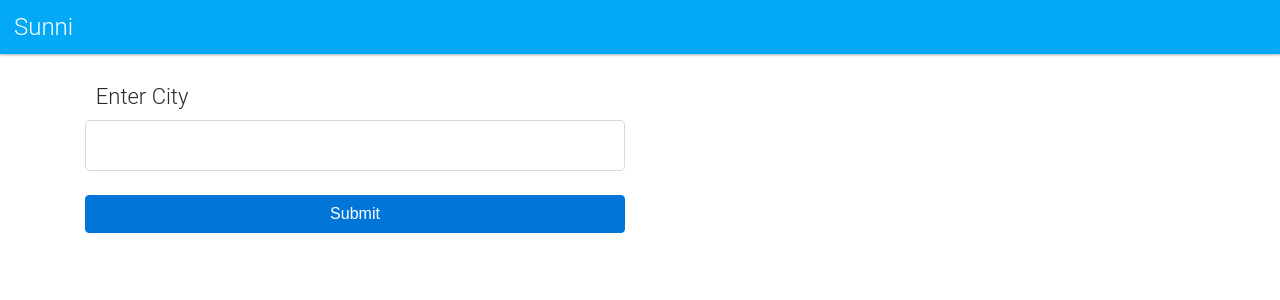
Repository: Oakga/Weather_app
Page: index.html
An editor plug-in stored every save of this project. The page is shown before and after the next save, followed by the edit.
The browser window is 1280 px wide. The pictures show the whole page.

Above is the page before, as saved 2017-09-22 05:14:52.

### index.html
<!DOCTYPE html>
<html>
<head>
    <meta charset="utf-8">
    <link rel="stylesheet" href="https://maxcdn.bootstrapcdn.com/bootstrap/4.0.0-alpha.6/css/bootstrap.min.css" integrity="sha384-rwoIResjU2yc3z8GV/NPeZWAv56rSmLldC3R/AZzGRnGxQQKnKkoFVhFQhNUwEyJ" crossorigin="anonymous">
    <!-- <link href='http://fonts.googleapis.com/css?family=Roboto:400,300,700' rel='stylesheet' type='text/css'> -->
    <link href="css/styles.css" rel="stylesheet" type="text/css">
    <script src="https://unpkg.com/axios/dist/axios.min.js"></script>
</head>
<body>
    <header>
        <h1>Sunni</h1>
    </header>
    <div class="container">
        <div class="row">
        <div class="col">
        <h2>Enter City</h2>
        <form id="location-form">
            <input type="text" id="location-input" class="form-control form-control-lg "/>
            <br>
            <button type="submit" class="btn btn-primary btn-block">Submit</button>
          </form>
        <div id="formatted-address"></div>
        <div id="geometry-component"></div>
    </div>
    <div class="col"></div>
    </div>
    </div>
    <div id="weather-component"></div>
    <script src="js/main.js"></script>
</body>
</html>

### css/styles.css
body {
    font-family: 'Roboto', 'Sans Serif';
    font-size: 16px;
    padding: 0;
    margin: 0;
}

header {
    background-color: #03A9F4;
    padding: 14px;
    box-shadow: 0 1px 3px rgba(0,0,0,0.12), 0 1px 2px rgba(0,0,0,0.24);
}

h1, h2, h3 {
    font-weight: 300;
}

header > h1 {
    font-weight: 300;
    font-size: 24px;
    margin: 0;
    color: #FFFFFF;
}

h2 {
    font-size: 22px;
    margin: 20px 0 0 0;
    padding: 2%;

    .future-header{
        align: center;
    }
}

.table {
    border-radius: 5px;
    width: 50%;
    margin: 0px auto;
    float: none;
}

### js/main.js

let geoCode = (location) => {
    axios.get('https://maps.googleapis.com/maps/api/geocode/json',{
    params:{
        address: location,
        key: 'AIzaSyAkYBjwd7ygcP8GpAz47QsP3s3vaweLAE0'
    }
}).then(function(response){
    const formattedAddr = response.data.results[0].formatted_address;
    const formattedAddrOutput = `
            <ul class="list-group">
            <li class="list-group-item">
            ${formattedAddr}
            </li>
            </ul>
            `;
    let addressComponents = response.data.results[0].address_components;
    let lat = Math.round(response.data.results[0].geometry.location.lat*10000)/10000;
    let lng = Math.round(response.data.results[0].geometry.location.lng*10000)/10000;
    let geometryOutput = `
            <ul class="list-group">
            <li class="list-group-item">
            <strong>
            Latitude
            </strong>: ${lat}
            </li>
            <li class="list-group-item">
            <strong>
            Longitude
            </strong>: ${lng}
            </li>
            </ul>
            `;
    document.getElementById('formatted-address').innerHTML = formattedAddrOutput;
    document.getElementById('geometry-component').innerHTML = geometryOutput;

    darkSky(lat,lng);

})
.catch(function(error){
    const formattedAddrOutput = `
    <div class="alert alert-danger" role="alert">
    <strong>Unknown Location!</strong> Change a few things up and try submitting again.
    </div>
    `;
    document.getElementById('formatted-address').innerHTML = formattedAddrOutput;
})
};

let darkSky = (lat, lng, date = Date.now()) => {
    let apiCall = 'https://cors-anywhere.herokuapp.com/https://api.darksky.net/forecast/c84a2f187efcca194054935abae32b10/'+lat+','+lng;
    axios.get(apiCall,{
        params: {
            exclude: '[hourly,flags]',
            time: date
        }
    }).then(function(response){
        let weeklyReport = [];
        const months = ['Jan','Feb','Mar','Apr','May','Jun','Jul','Aug','Sep','Oct','Nov','Dec'];
        const days = ['Sun','Mon','Tue','Wed','Thur','Fri','Sat'];
        let year, month, day;
        const currentDate =  response.data.currently;
        const dailyDate = response.data.daily.data;
        for(let i=0;i<dailyDate.length;i++){
            var date = new Date(dailyDate[i].time*1000);
            year = date.getFullYear();
            month = months[date.getMonth()];
            day = days[date.getDay()];
            numDate = date.getDate();
            formattedTime = numDate + ' ' + month + ' ' + year;
            const dayReport = weeklyReport[i] = {
                Time: formattedTime,
                Humidity: dailyDate[i].humidity,
                Precipitation: dailyDate[i].precipProbability,
                Intensity: dailyDate[i].precipIntensity,
                Wind: dailyDate[i].windSpeed,
                MaxTemperature: dailyDate[i].temperatureMax,
                MinTemperature: dailyDate[i].temperatureMin,
            };
        };
        console.log(weeklyReport);
        let columnNames = ``;
        for ( property in weeklyReport[0] ) {
            columnNames += `
            <th>
            ${property}
            </th>
            `;
        };

        let itemRows = ``;
        let reportForTheDay;
        for(var i=0;i<weeklyReport.length;i++){
            reportForTheDay=weeklyReport[i];
            itemRows += `<tr>
            <th scope="row">${reportForTheDay.Time}</th>
            <td>${reportForTheDay.Humidity}</td>
            <td>${reportForTheDay.Precipitation}</td>
            <td>${reportForTheDay.Intensity}</td>
            <td>${reportForTheDay.Wind}</td>
            <td>${reportForTheDay.MaxTemperature}</td>
            <td>${reportForTheDay.MinTemperature}</td>
            </tr>`
        };

        let tableOutput = `
            <h2 id="future-header">Future ForeCasts</h2>
            <table class="table">
            <thead class="thead-inverse" id="table-index">
            ${columnNames}
            </thead>
            <tbody>
            ${itemRows}
            </tbody>
            </table>
        `;
        document.getElementById('weather-component').innerHTML = tableOutput;

    })
    .catch(function(error){
        console.log(error);
        const alert = `
        <div class="alert alert-danger" role="alert">
        <strong>Cannot find Weather information!</strong> Change a few things up and try submitting again.
        </div>
        `;
        document.getElementById('weather-component').insertAdjacentHTML("afterbegin",alert);
    })
    ;
}


document.getElementById('location-form').addEventListener('submit', function (e){
    e.preventDefault();
    let location = document.getElementById('location-input').value;
    geoCode(location);

});

After the next save:
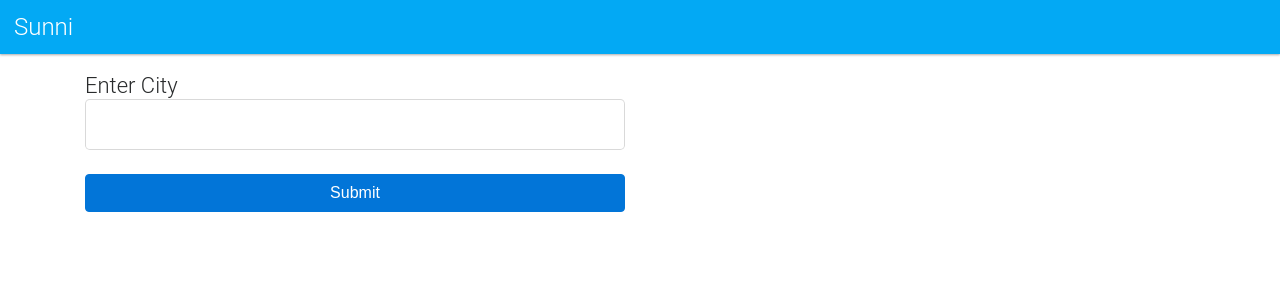
Saved 75 s later.
--- a/css/styles.css
+++ b/css/styles.css
@@ -25,11 +25,13 @@
 h2 {
     font-size: 22px;
     margin: 20px 0 0 0;
+}
+
+h3{
+    font-size: 22px;
+    margin: 20px 0 0 0;
     padding: 2%;
-
-    .future-header{
-        align: center;
-    }
+    font-style: bold;
 }
 
 .table {

After the 6 saves that followed:
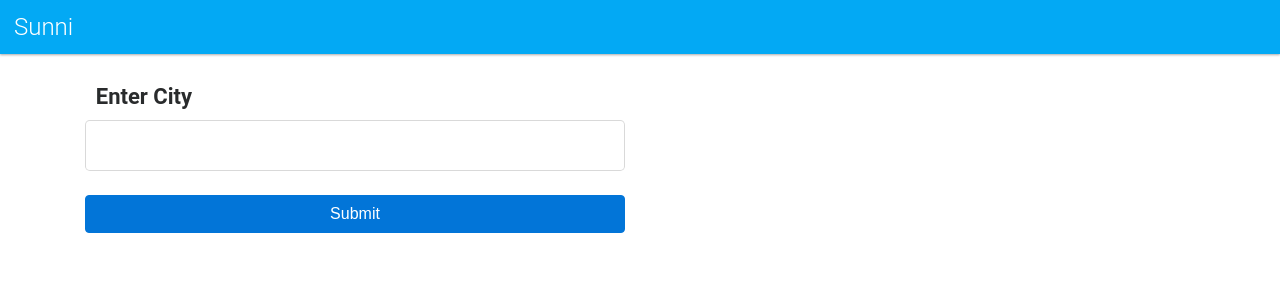
The 6 saves are shown as one change because 3 left the picture as it was and some came seconds apart.
The last was saved 71 s later.
--- a/css/styles.css
+++ b/css/styles.css
@@ -25,13 +25,8 @@
 h2 {
     font-size: 22px;
     margin: 20px 0 0 0;
-}
-
-h3{
-    font-size: 22px;
-    margin: 20px 0 0 0;
     padding: 2%;
-    font-style: bold;
+    font-weight: bolder;
 }
 
 .table {
--- a/js/main.js
+++ b/js/main.js
@@ -104,7 +104,7 @@ let darkSky = (lat, lng, date = Date.now()) => {
         };
 
         let tableOutput = `
-            <h2 id="future-header">Future ForeCasts</h2>
+            <h3>Future ForeCasts</h3>
             <table class="table">
             <thead class="thead-inverse" id="table-index">
             ${columnNames}
